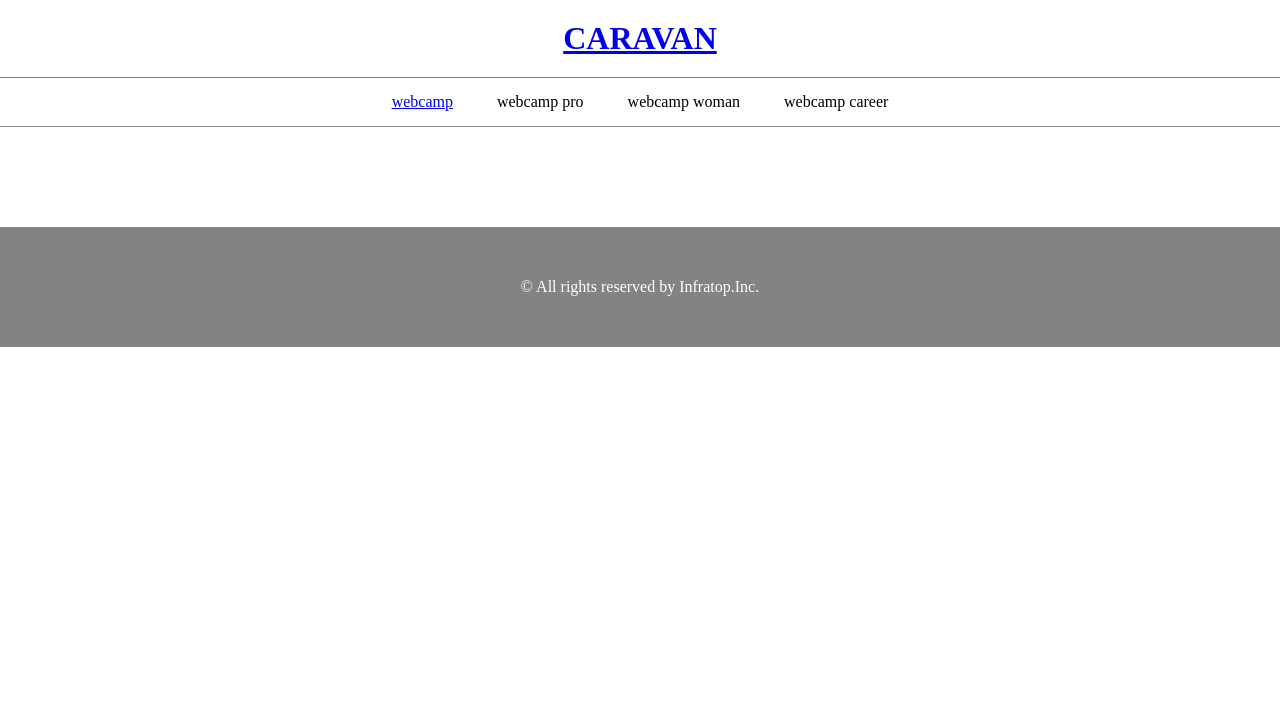
Repository: yuuyatada/API_sample_app
Page: htmlcp5/index1.html
The author's editor kept a record of every edit. The page is drawn from the files as they stood at one moment, then again after the next edit.
The browser window is 1280 px wide. The pictures show the whole page.

Above is the page before.

### htmlcp5/index1.html
<!DOCTYPE html>
<html lang="ja">
  <head>
    <meta charset="UTF-8" />
    <!-- CSSファイルの読み込み -->
    <link rel="stylesheet" href="style1.css" />
    <title>CARAVAN</title>
  </head>
  <body>
      <!--header-->
      <header>
          <h1 class="heading">
              <a href="index.html">
              CARAVAN
              </a>
          </h1>

      </header>

      <!--navigation-->
      <nav>
      <ul class="nav-list">
          <li class="nav-list-item">
          <a href="index.html">webcamp</a>
          </li>
          <li class="nav-list-item">webcamp pro</li>
          <li class="nav-list-item">webcamp woman</li>
           <li class="nav-list-item">webcamp career</li>

      </ul>
      </nav>
  <!--main-visual用のdiv-->
  <div class="main-visual">

   <div class="main-visual-content"></div>

  </div>

<!--main用のdiv-->

<div class="main">

    <div class="blog"></div>

    <div class="sidebar"></div>

</div>
<!--footer-->
<footer>
    <p class="footer-text">©︎ All rights reserved by Infratop.Inc. </p>

</footer>

</body>

</html>

### htmlcp5/style1.css
* {
  margin: 0;
  padding: 0;
  box-sizing: border-box;
}

header {
  width: 100%;
  padding: 20px 0;
  text-align: center;
}

.nav-list {
  text-align: center;
  padding: 15px 0;
  margin: 0 auto;
  border-bottom: 1px solid #848282;
  border-top: 1px solid #848282;
}

.nav-list-item {
  list-style: none;
  display: inline-block;
  margin: 0 20px;
}

.main {
  width: 800px;
  margin: 50px auto;
  display: flex;
  flex-wrap: wrap;
}

.box1 {
  width: 200px;
  height: 200px;
  background-color: #e6ffe9;
}

.box2 {
  width: 200px;
  height: 200px;
  background-color: #cbffd3;
}

.box3 {
  width: 200px;
  height: 200px;
  background-color: #aeffbd;
}

.box4 {
  width: 200px;
  height: 200px;
  background-color: #93ffab;
}

.box5 {
  width: 200px;
  height: 200px;
  background-color: #f3ffd8;
}

.box6 {
  width: 200px;
  height: 200px;
  background-color: #edffbe;
}

.box7 {
  width: 200px;
  height: 200px;
  background-color: #e9ffa5;
}

.box8 {
  width: 200px;
  height: 200px;
  background-color: #e4ff8d;
}

.box9 {
  width: 200px;
  height: 200px;
  background-color: #d9e5ff;
}

.box10 {
  width: 200px;
  height: 200px;
  background-color: #bad3ff;
}

.box11 {
  width: 200px;
  height: 200px;
  background-color: #a4c6ff;
}

.box12 {
  width: 200px;
  height: 200px;
  background-color: #8eb8ff;
}

footer {
  width: 100%;
  height: 120px;
  text-align: center;
  line-height: 120px;
  background-color: #848282;
}

.footer-text {
  color: #fff;
}

After the next edit:
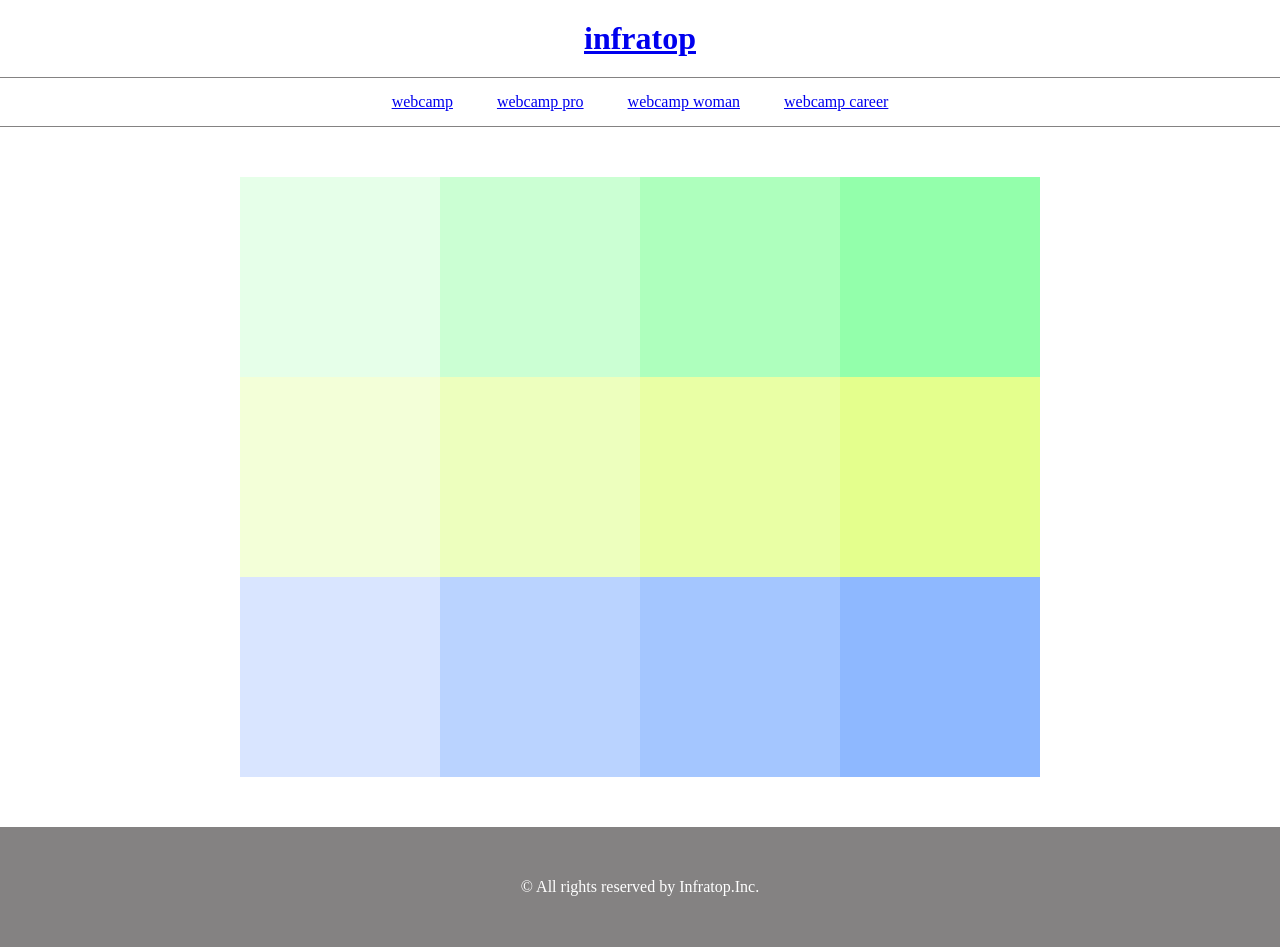
The edit:
--- a/htmlcp5/index1.html
+++ b/htmlcp5/index1.html
@@ -2,55 +2,46 @@
 <html lang="ja">
   <head>
     <meta charset="UTF-8" />
-    <!-- CSSファイルの読み込み -->
+    <title>chapter5</title>
     <link rel="stylesheet" href="style1.css" />
-    <title>CARAVAN</title>
   </head>
   <body>
-      <!--header-->
-      <header>
-          <h1 class="heading">
-              <a href="index.html">
-              CARAVAN
-              </a>
-          </h1>
+    <header>
+      <h1><a href="http://infratop.jp/">infratop</a></h1>
+    </header>
 
-      </header>
+    <nav>
+      <ul class="nav-list">
+        <li class="nav-list-item"><a href="http://web-camp.io/">webcamp</a></li>
+        <li class="nav-list-item">
+          <a href="http://web-camp.io/pro/">webcamp pro</a>
+        </li>
+        <li class="nav-list-item">
+          <a href="http://web-camp.io/woman/">webcamp woman</a>
+        </li>
+        <li class="nav-list-item">
+          <a href="http://web-camp.io/career/">webcamp career</a>
+        </li>
+      </ul>
+    </nav>
 
-      <!--navigation-->
-      <nav>
-      <ul class="nav-list">
-          <li class="nav-list-item">
-          <a href="index.html">webcamp</a>
-          </li>
-          <li class="nav-list-item">webcamp pro</li>
-          <li class="nav-list-item">webcamp woman</li>
-           <li class="nav-list-item">webcamp career</li>
+    <div class="main">
+      <div class="box1"></div>
+      <div class="box2"></div>
+      <div class="box3"></div>
+      <div class="box4"></div>
+      <div class="box5"></div>
+      <div class="box6"></div>
+      <div class="box7"></div>
+      <div class="box8"></div>
+      <div class="box9"></div>
+      <div class="box10"></div>
+      <div class="box11"></div>
+      <div class="box12"></div>
+    </div>
 
-      </ul>
-      </nav>
-  <!--main-visual用のdiv-->
-  <div class="main-visual">
-
-   <div class="main-visual-content"></div>
-
-  </div>
-
-<!--main用のdiv-->
-
-<div class="main">
-
-    <div class="blog"></div>
-
-    <div class="sidebar"></div>
-
-</div>
-<!--footer-->
-<footer>
-    <p class="footer-text">©︎ All rights reserved by Infratop.Inc. </p>
-
-</footer>
-
-</body>
-
+    <footer>
+      <p class="footer-text">© All rights reserved by Infratop.Inc.</p>
+    </footer>
+  </body>
 </html>
